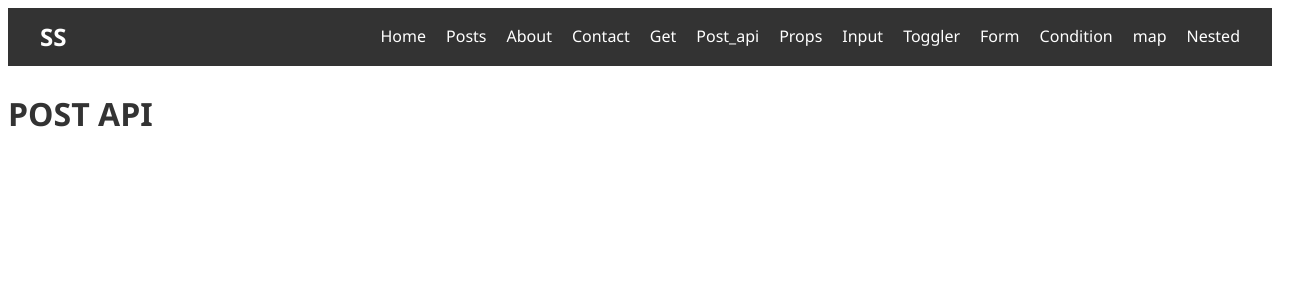
Repository: sshaiv/react_learn
Page: /postform
The author's editor kept a copy of each file at every save. The page is drawn from the files as they stood at one save, then again after a run of saves.
The browser window is 1280 px wide. The page is 1280 px wide, then 1298 px, so the pictures cover 1298 px, including what lies to the right of the window. The pictures show the whole page.
The project was rebuilt for these pictures with package versions that can differ from the ones it lists, and the page was loaded fresh each time. Also part of the build but not shown: src/components/Home.js, src/components/About.js, src/components/Contact.js, src/utils/data.js, src/components/Posts.js, src/components/PostDetails.js, src/components/Get.js, src/components/Users.js and 7 more.

Above is the page before, as saved 2024-07-07 20:13:03.

After the next 2 saves:
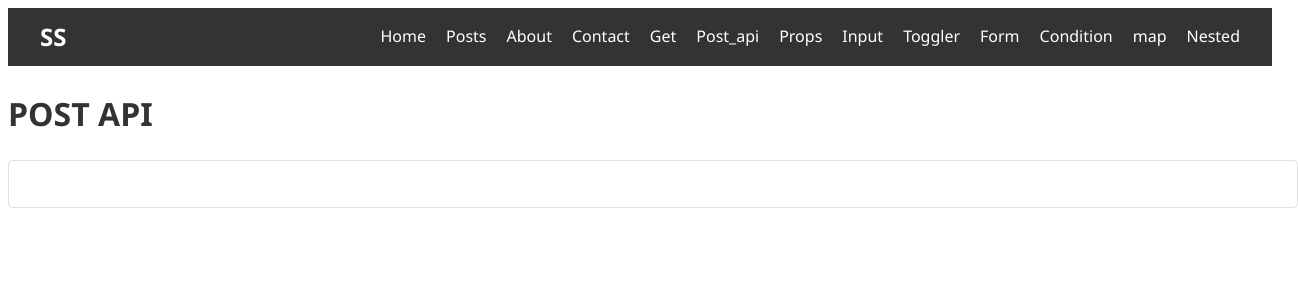
The 2 saves are shown as one change because they came seconds apart.
The last was saved 5 s later.
--- a/src/components/PostForm.js
+++ b/src/components/PostForm.js
@@ -10,6 +10,7 @@ const PostForm = () => {
   return (
     <div>
         <h1>POST API</h1>
+        <input type="text" />
     </div>
   );
 };
